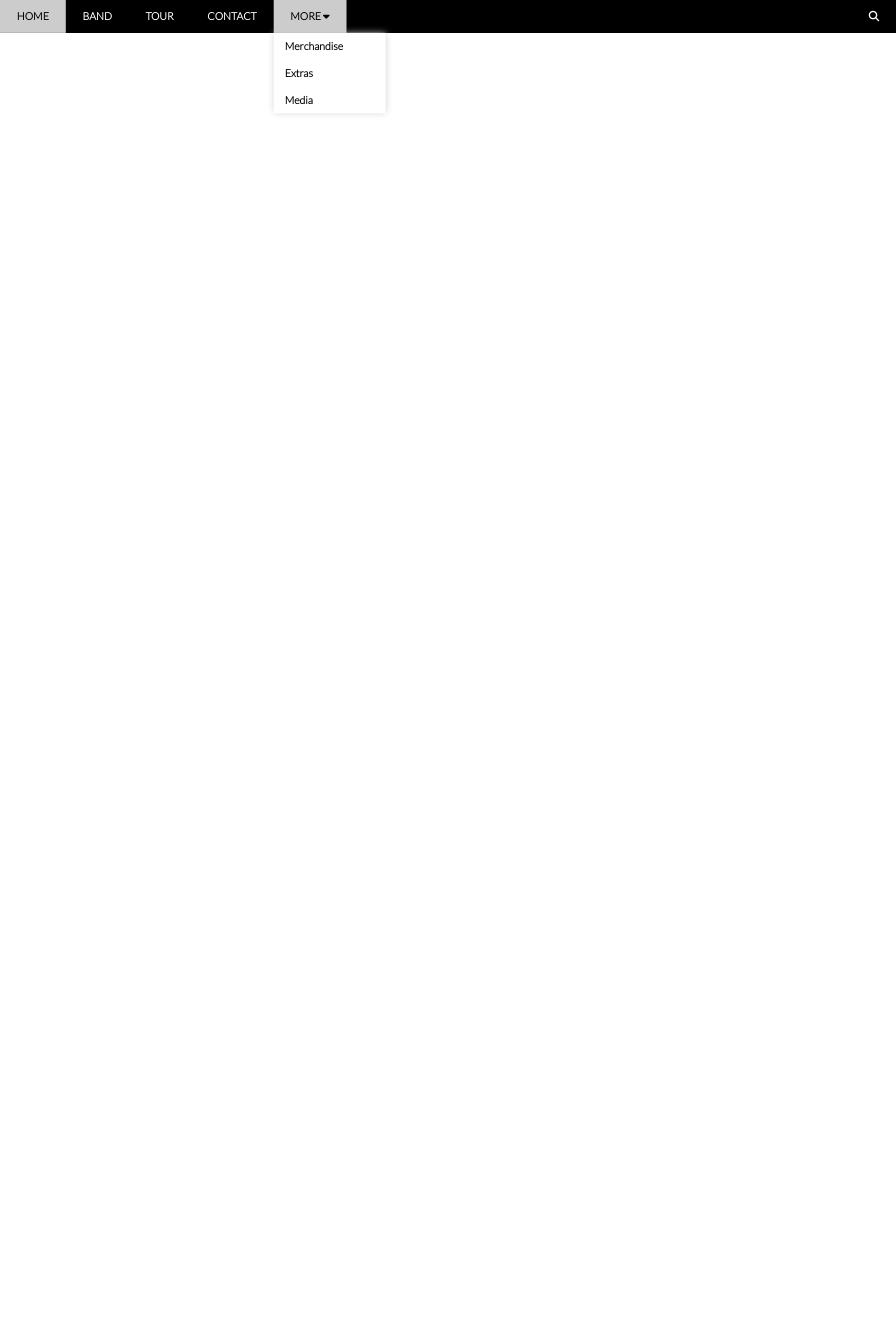
Repository: vanmanhAI/project-03-w3
Page: index.html
An editor plug-in stored every save of this project. The page is shown before and after the next save, followed by the edit.
The browser window is 1280 px wide. The pictures show the part of the page from y = 0 to 1920 px (the page is 10000 px tall), at 70% of full size.
The pointer rests on the first visible `#header #nav>li:last-child`.
Some web libraries are served in a nearby version.

Above is the page before, as saved 2022-07-09 21:22:52.

After the next save:
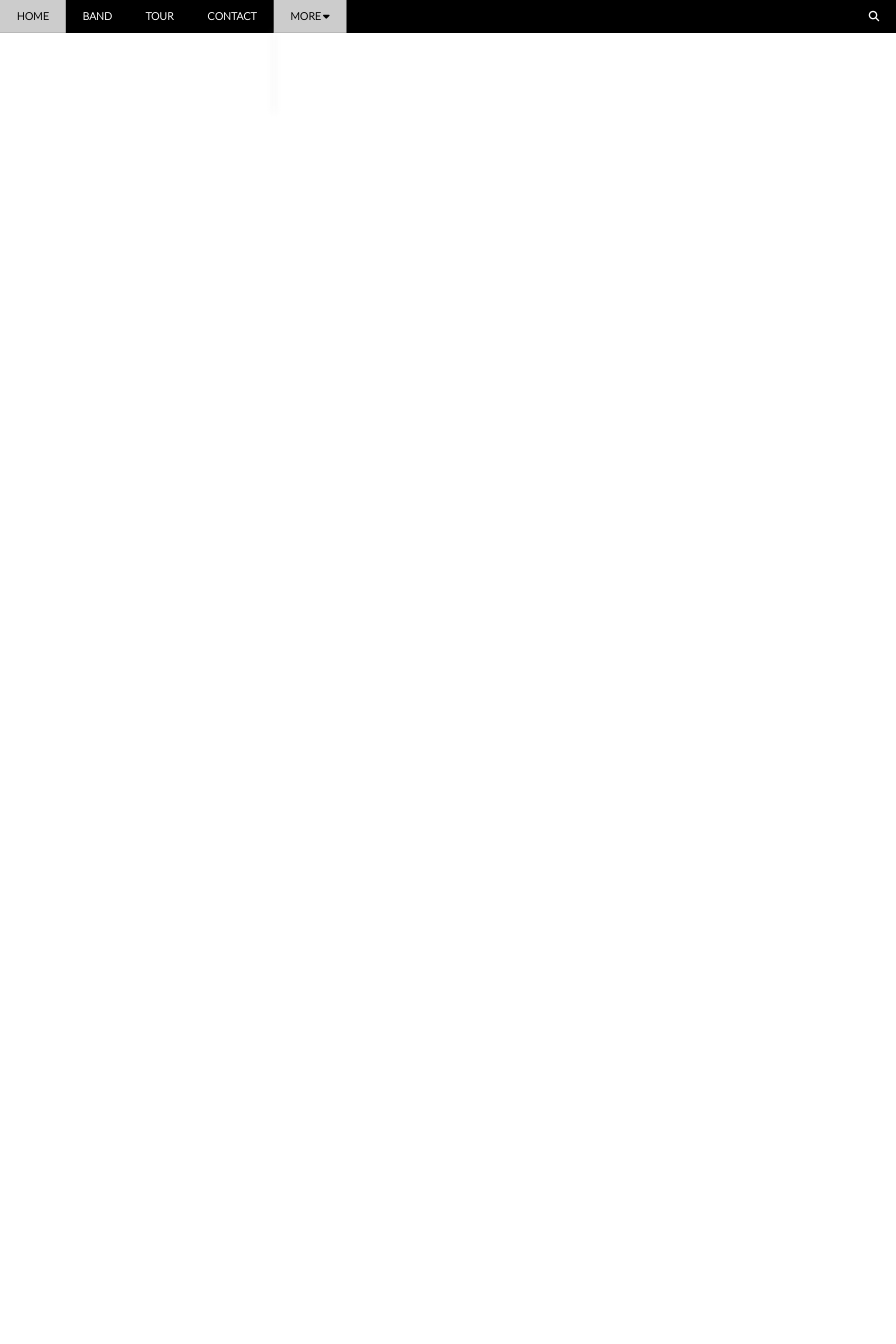
Saved 15 s later.
--- a/assets/css/style.css
+++ b/assets/css/style.css
@@ -48,7 +48,7 @@
     padding: var(--padding-nav) 2.4rem;
 }
 #header #nav>li:last-child:hover .subnav {
-    width: 160px;
+    width: 1;
 }
 #header #nav li:hover {
     background: #ccc;

After the save that followed:
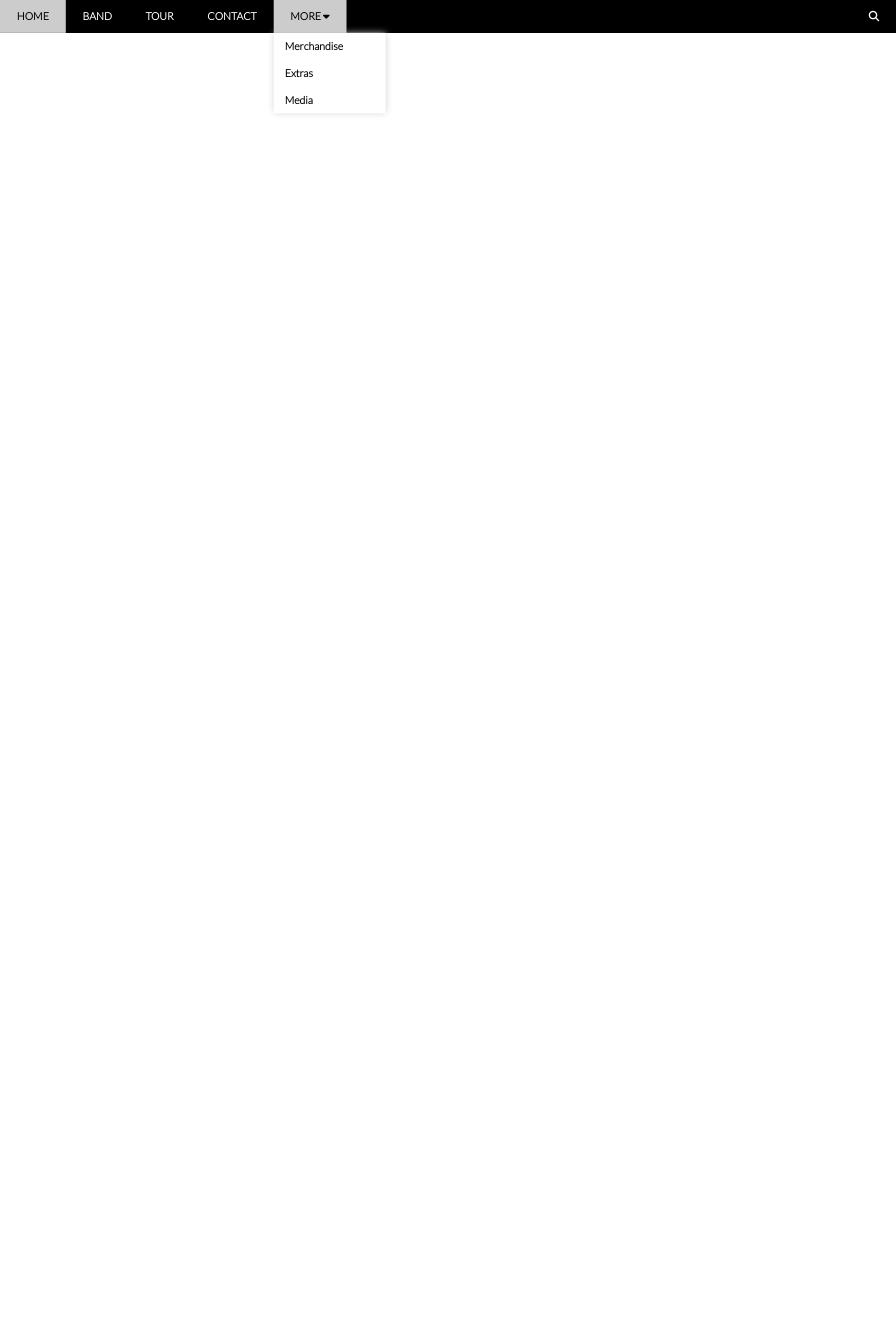
Saved 6 s later.
--- a/assets/css/style.css
+++ b/assets/css/style.css
@@ -48,7 +48,7 @@
     padding: var(--padding-nav) 2.4rem;
 }
 #header #nav>li:last-child:hover .subnav {
-    width: 1;
+    width: 16rem;
 }
 #header #nav li:hover {
     background: #ccc;
